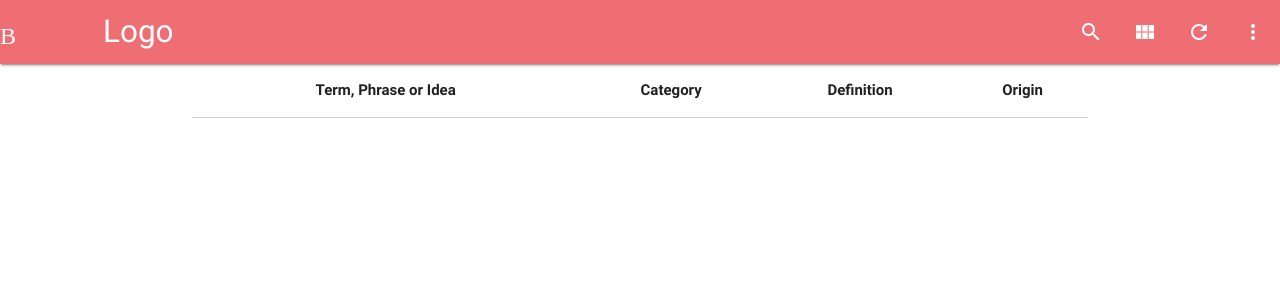
Repository: kalkiboru111/irish-dictionary-of-received-ideas
Page: http://localhost/
The author's editor kept a record of every edit. The page is drawn from the files as they stood at one moment, then again after the next edit.
The browser window is 1280 px wide. The pictures show the whole page.
Some web libraries are served in a nearby version. The page is served by the project's application, run on Flask 3 (app.py). Queries for data that is not in the repository find no rows.

Above is the page before.
Console error: TypeError: $(...).formSelect is not a function

### templates/terms.html

{% extends 'base.html' %}
{% block content %}

    <table class="highlight centered responsive-table">
        <thead>
          <tr>
              <th>Term, Phrase or Idea</th>
              <th>Category</th>
              <th>Definition</th>
              <th>Origin</th>
          </tr>
        </thead>
        <tbody>
        {% for term in terms %}
          <tr>
            <td>{{term.term_name}}</td>
            <td>{{term.term_category}}</td>
            <td>{{term.term_definition}}</td>
            <td>{{term.term_origin}}</td>
          </tr>
         {% endfor %}
        </tbody>
    </table>

{% endblock %}

### templates/base.html
<!DOCTYPE html>
<html>

<head>
    <link href="https://fonts.googleapis.com/icon?family=Material+Icons" rel="stylesheet">
    <link rel="stylesheet" href="https://cdnjs.cloudflare.com/ajax/libs/materialize/0.100.2/css/materialize.min.css">
    <link rel="stylesheet" href="{{url_for('static', filename='css/style.css')}}" type="text/css" />
    <script src="https://kit.fontawesome.com/845efe5847.js"></script>
</head>

<body>
    <header>
        <nav>
            <div class="nav-wrapper">
                <a href="#!" class="brand-logo"><i class="material-icons">Book</i>Logo</a>
                <ul class="right hide-on-med-and-down">
                    <li><a href="sass.html"><i class="material-icons">search</i></a></li>
                    <li><a href="badges.html"><i class="material-icons">view_module</i></a></li>
                    <li><a href="collapsible.html"><i class="material-icons">refresh</i></a></li>
                    <li><a href="mobile.html"><i class="material-icons">more_vert</i></a></li>
                </ul>

            </div>
        </nav>
    </header>
    <div class="container">
        {% block content %} {% endblock %}
    </div>
    <script src="https://cdnjs.cloudflare.com/ajax/libs/jquery/3.2.1/jquery.min.js"></script>
    <script src="https://cdnjs.cloudflare.com/ajax/libs/materialize/0.100.2/js/materialize.min.js"></script>
    <script type="text/javascript">
        $(document).ready(function() {
            $('select').formSelect();
            $('.sidenav').sidenav();

        });
    </script>

</body>

</html>

### app.py
import os
from flask import Flask, render_template, redirect, request, url_for
from flask_pymongo import PyMongo
from bson.objectid import ObjectId

app = Flask(__name__)

app.config['MONGO_DBNAME'] = 'irish_dictionary'
app.config["MONGO_URI"] = os.getenv("MONGO_URI")

mongo = PyMongo(app)

@app.route('/')

# View directs user to terms page
@app.route('/get_terms')
def get_terms():
    return render_template("terms.html",
    terms=mongo.db.terms.find())

@app.route('/add_term')
def add_term():
    return render_template("add_term.html",
    categories=mongo.db.categories.find())

@app.route('/insert_term', methods=['POST'])
def insert_term():
    terms = mongo.db.terms
    terms.insert_one(request.form.to_dict())
    return redirect(url_for('get_terms'))

@app.route('/edit_term/<term_id>')
def editterm(term_id):
    the_term =  mongo.db.terms.find_one({"_id": ObjectId(term_id)})
    all_categories =  mongo.db.categories.find()
    return render_template('editterm.html', term=the_term,
                           categories=all_categories)

@app.route('/update_term/<term_id>', methods=['POST'])
def update_term(term_id):
    terms = mongo.db.terms
    terms.update( {"_id": ObjectId(term_id)},
    {   'term_name':request.form.get('term_name'),
        'category_name':request.form.get('category_name'),
        'term_definition': request.form.get('term_definition'),
        'term_origin':request.form.get('term_origin')
    })
    return redirect(url_for('get_terms'))

@app.route('/delete_term/<term_id>')
def delete_term(term_id):
    mongo.db.terms.remove({"_id": ObjectId(term_id)})
    return redirect(url_for('get_terms'))

if __name__ == '__main__':
    app.run(host=os.environ.get('IP'),
            port=int(os.environ.get('PORT')),
            debug=True)

### static/css/style.css
/* body {
    background-color: red;
} */

After the next edit:
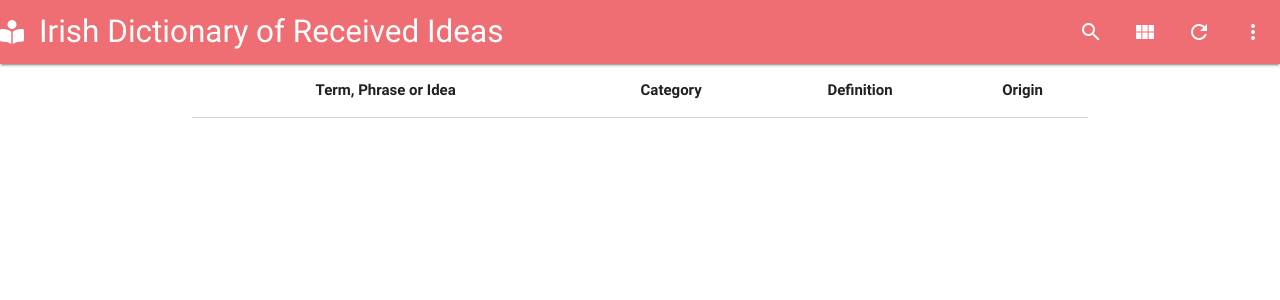
The edit:
--- a/templates/base.html
+++ b/templates/base.html
@@ -12,7 +12,7 @@
     <header>
         <nav>
             <div class="nav-wrapper">
-                <a href="#!" class="brand-logo"><i class="material-icons">Book</i>Logo</a>
+                <a href="#!" class="brand-logo"><i class="fas fa-book-reader"></i>Irish Dictionary of Received Ideas</a>
                 <ul class="right hide-on-med-and-down">
                     <li><a href="sass.html"><i class="material-icons">search</i></a></li>
                     <li><a href="badges.html"><i class="material-icons">view_module</i></a></li>
